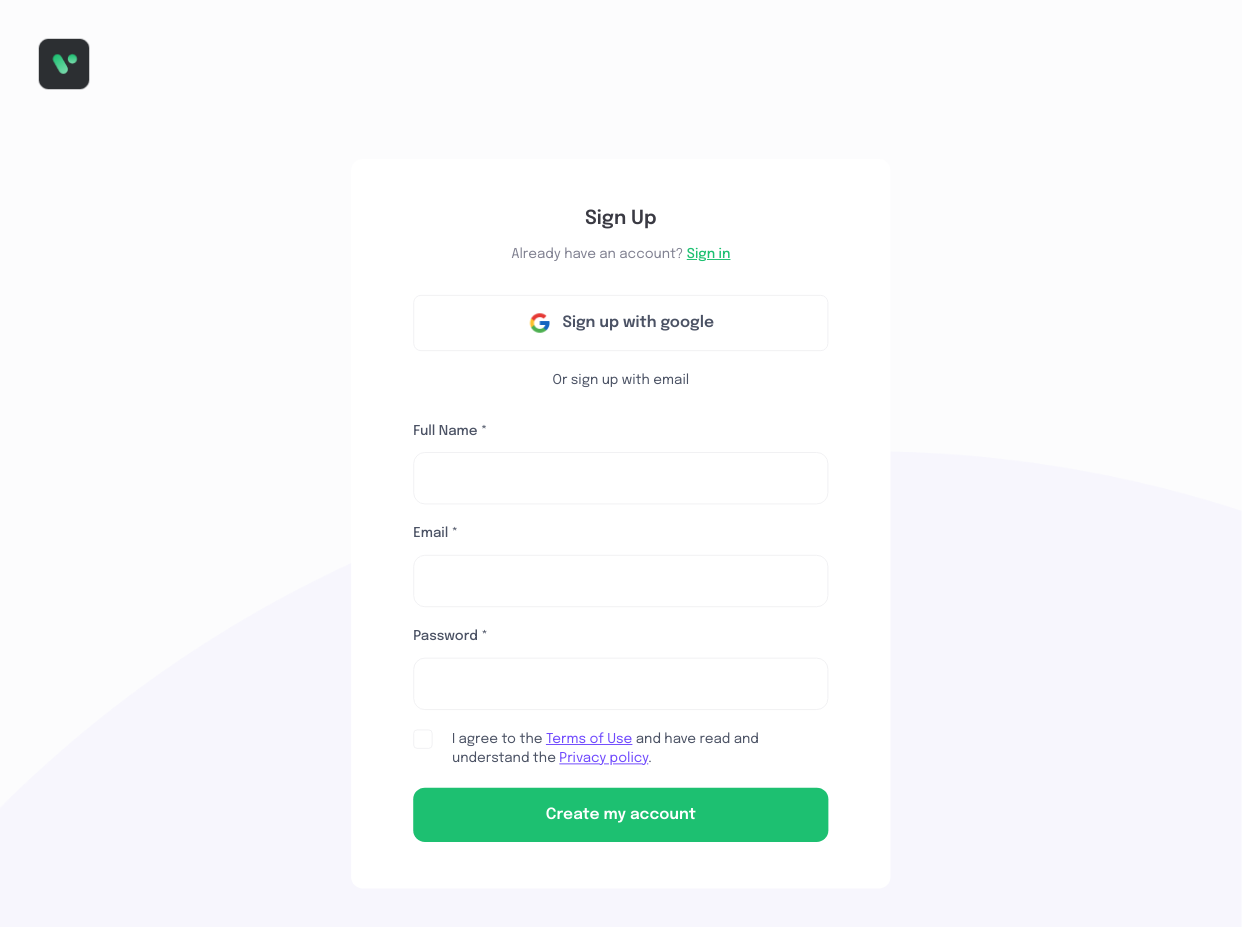
Repository: CarsonDev1/Crowfunding
Page: /sign-up
An editor plug-in stored every save of this project. The page is shown before and after a run of saves, followed by the edit.
The browser window is 1280 px wide. The pictures show the whole page, at 97% of full size.
The project was rebuilt for these pictures with package versions that can differ from the ones it lists, and the page was loaded fresh each time. Also part of the build but not shown: src/components/common/ErrorComponent.jsx, src/pages/SignIn.jsx.

Above is the page before, as saved 2023-04-08 10:51:05.

### public/index.html
<!DOCTYPE html>
<html lang="en">

<head>
  <meta charset="utf-8" />
  <link rel="icon" href="%PUBLIC_URL%/favicon.ico" />
  <meta name="viewport" content="width=device-width, initial-scale=1" />
  <meta name="theme-color" content="#000000" />
  <meta name="description" content="Web site created using create-react-app" />
  <link rel="apple-touch-icon" href="%PUBLIC_URL%/logo192.png" />
  <link rel="preconnect" href="https://fonts.googleapis.com">
  <link rel="preconnect" href="https://fonts.gstatic.com" crossorigin>
  <link
    href="https://fonts.googleapis.com/css2?family=Epilogue:ital,wght@0,300;0,400;0,500;0,600;0,700;0,800;0,900;1,300;1,400;1,500;1,600;1,700;1,800&family=Poppins:ital,wght@0,400;0,500;0,600;0,700;0,800;1,400;1,500;1,600;1,700&display=swap"
    rel="stylesheet">
  <!--
      manifest.json provides metadata used when your web app is installed on a
      user's mobile device or desktop. See https://developers.google.com/web/fundamentals/web-app-manifest/
    -->
  <link rel="manifest" href="%PUBLIC_URL%/manifest.json" />
  <!--
      Notice the use of %PUBLIC_URL% in the tags above.
      It will be replaced with the URL of the `public` folder during the build.
      Only files inside the `public` folder can be referenced from the HTML.

      Unlike "/favicon.ico" or "favicon.ico", "%PUBLIC_URL%/favicon.ico" will
      work correctly both with client-side routing and a non-root public URL.
      Learn how to configure a non-root public URL by running `npm run build`.
    -->
  <title>React App</title>
</head>

<body>
  <noscript>You need to enable JavaScript to run this app.</noscript>
  <div id="root"></div>
  <!--
      This HTML file is a template.
      If you open it directly in the browser, you will see an empty page.

      You can add webfonts, meta tags, or analytics to this file.
      The build step will place the bundled scripts into the <body> tag.

      To begin the development, run `npm start` or `yarn start`.
      To create a production bundle, use `npm run build` or `yarn build`.
    -->
</body>

</html>

### src/index.js
import React from "react";
import ReactDOM from "react-dom/client";
import "./index.scss";
import App from "./App";
import { BrowserRouter } from "react-router-dom";

const root = ReactDOM.createRoot(document.getElementById("root"));
root.render(
	<BrowserRouter>
		<App />
	</BrowserRouter>
);

### src/index.scss
@tailwind base;
@tailwind components;
@tailwind utilities;

@layer base {
	body {
		@apply font-primary text-base font-normal;
		line-height: 1.5;
	}
	input {
		@apply outline-none;
	}
}
input:focus + .error-input {
	display: none;
}

### src/App.js
import { lazy } from "react";
import { Route, Routes } from "react-router-dom";
import SignIn from "./pages/SignIn";

const SignUp = lazy(() => import("./pages/SignUp"));

function App() {
	return (
		<Routes>
			<Route path="/sign-up" element={<SignUp />}></Route>
			<Route path="/sign-in" element={<SignIn />}></Route>
		</Routes>
	);
}

export default App;

### src/pages/SignUp.jsx
import React, { useState } from "react";
import { useForm } from "react-hook-form";
import { Link } from "react-router-dom";
import { Input } from "components/input";
import { Label } from "components/label";
import LayoutAuthentication from "layouts/LayoutAuthentication";
import FormGroup from "components/common/FormGroup";
import { Button } from "components/button";
import { Checkbox } from "components/checkbox";
import { yupResolver } from "@hookform/resolvers/yup";
import * as yup from "yup";

const schema = yup.object({
	name: yup.string().required("This field is required"),
	email: yup.string().email("Invalid email address").required("This field is required"),
	password: yup.string().required("This field is required").min(8, "Password must be 8 character "),
});

function SignUp() {
	const {
		handleSubmit,
		control,
		formState: { errors },
	} = useForm({
		resolver: yupResolver(schema),
		mode: "onSubmit",
	});
	const handleSignUp = (values) => {
		console.log(values);
	};
	const [acceptTerm, setAcceptTerm] = useState(false);
	const handleToggleTerm = () => {
		setAcceptTerm(!acceptTerm);
	};
	console.log(errors);
	return (
		<LayoutAuthentication heading="Sign Up">
			<p className="mb-6 text-xs font-normal text-center lg:text-sm text-text3 lg:mb-8">
				Already have an account?{" "}
				<Link to="/sign-in" className="font-medium underline text-primary">
					Sign in
				</Link>
			</p>
			<button className="flex items-center justify-center w-full py-4 mb-5 text-base font-semibold border rounded-lg gap-x-3 border-strock text-text2">
				<img srcSet="/icon/Google.png 2x" alt="icon-google" />
				<span>Sign up with google</span>
			</button>
			<p className="mb-4 text-xs font-normal text-center lg:text-sm lg:mb-8 text-text2">Or sign up with email</p>
			<form onSubmit={handleSubmit(handleSignUp)}>
				<FormGroup>
					<Label htmlFor="name">Full Name *</Label>
					<Input placeholder="Carson" error={errors.name?.message} control={control} name="name" />
				</FormGroup>
				<FormGroup>
					<Label htmlFor="email">Email *</Label>
					<Input
						placeholder="example@gmail.com"
						error={errors.email?.message}
						type="email"
						control={control}
						name="email"
					/>
				</FormGroup>
				<FormGroup>
					<Label htmlFor="password">Password *</Label>
					<Input
						placeholder="Create a password"
						error={errors.password?.message}
						type="password"
						control={control}
						name="password"
					/>
				</FormGroup>
				<div className="flex items-start mb-5 gap-x-5">
					<Checkbox name="term" checked={acceptTerm} onClick={handleToggleTerm}>
						<p className="flex-1 text-sm text-text2">
							I agree to the <span className="underline text-secondary">Terms of Use</span> and have read
							and understand the <span className="underline text-secondary">Privacy policy</span>.
						</p>
					</Checkbox>
				</div>
				<Button className="w-full bg-primary" type="submit">
					Create my account
				</Button>
			</form>
		</LayoutAuthentication>
	);
}

export default SignUp;

### src/layouts/LayoutAuthentication.jsx
import React from "react";
import { Link } from "react-router-dom";
import PropTypes from "prop-types";
import { withErrorBoundary } from "react-error-boundary";
import ErrorComponent from "../components/common/ErrorComponent";

function LayoutAuthentication(props) {
	const { children, heading = "" } = props;
	return (
		<div className="relative w-full min-h-screen p-10 bg-lite isolate">
			<img
				src="/ellipse.png"
				alt="back-ground"
				className="absolute pointer-events-none bottom-0 left-0 right-0 z-[-1]"
			/>
			<Link to="/" className="inline-block mb-5 lg:mb-16">
				<img src="/Logo.png" alt="Logo" />
			</Link>
			<div className="w-full max-w-[556px] bg-white rounded-xl px-5 py-8 lg:px-16 lg:py-12 mx-auto">
				<h1 className="mb-1 text-lg font-semibold text-center lg:text-xl lg:mb-3 text-text1">{heading}</h1>
				{children}
			</div>
		</div>
	);
}
LayoutAuthentication.propTypes = {
	heading: PropTypes.string,
	children: PropTypes.node,
};

export default withErrorBoundary(LayoutAuthentication, {
	FallbackComponent: ErrorComponent,
});

### src/components/common/FormGroup.jsx
import React from "react";

function FormGroup({ children }) {
	return <div className="flex flex-col mb-5 gap-y-3">{children}</div>;
}

export default FormGroup;

### src/components/button/index.js
export const { default: Button } = require("./Button");

### src/components/checkbox/index.js
export const { default: Checkbox } = require("./Checkbox");

### src/components/input/Input.jsx
import React from "react";
import { useController } from "react-hook-form";
import PropTypes from "prop-types";

function Input(props) {
	const { control, name, type = "text", error = "", placeholder = "", ...rest } = props;
	const { field } = useController({
		control,
		name,
		defaultValue: "",
	});
	return (
		<div className="relative">
			<input
				id={name}
				type={type}
				className={`w-full px-6 py-4 text-sm font-medium border rounded-xl text-text1 placeholder:text-text4 ${
					error.length > 0 ? "border-error" : "border-strock"
				}`}
				placeholder={error.length < 0 ? placeholder.placeholder : ""}
				{...rest}
				{...field}
			/>
			{error.length > 0 && (
				<span className="absolute text-sm font-medium pointer-events-none -translate-y-2/4 text-error top-2/4 left-6 error-input">
					{error}
				</span>
			)}
		</div>
	);
}
Input.propTypes = {
	name: PropTypes.string,
	type: PropTypes.string,
	error: PropTypes.string,
	control: PropTypes.any.isRequired,
};
export default Input;

### src/components/label/Label.jsx
import React from "react";
import PropTypes from "prop-types";

function Label(props) {
	const { children, htmlFor = "", className = "" } = props;
	return (
		<label htmlFor={htmlFor} className={`inline-block text-sm font-medium cursor-pointer text-text2 ${className}`}>
			{children}
		</label>
	);
}
Label.propTypes = {
	children: PropTypes.node,
	htmlFor: PropTypes.string,
	className: PropTypes.string,
};
export default Label;

### src/components/button/Button.jsx
import React from "react";
import PropTypes from "prop-types";

function Button({ type = "button", children, className = "", isLoading = false, ...rest }) {
	const child = !!isLoading ? (
		<div className="w-10 h-10 border-4 border-white rounded-full border-t-transparent animate-spin border-b-transparent"></div>
	) : (
		children
	);
	return (
		<button
			className={`flex items-center justify-center p-4 text-base font-semibold rounded-xl min-h-[56px] text-white ${
				isLoading ? "opacity-50 pointer-events-none" : ""
			} ${className}`}
			type={type}
			{...rest}
		>
			{child}
		</button>
	);
}
Button.propTypes = {
	type: PropTypes.string.isRequired,
	className: PropTypes.string,
	children: PropTypes.node,
	isLoading: PropTypes.bool,
};
export default Button;

### src/components/checkbox/Checkbox.jsx
import React from "react";

function Checkbox({ checked = false, onClick = () => {}, name = "", children }) {
	return (
		<div className="flex items-start gap-x-5">
			<div
				className={`inline-flex items-center justify-center p-1 text-white w-5 h-5 border rounded cursor-pointer ${
					checked ? "bg-primary border-primary" : "border-strock"
				}`}
				onClick={onClick}
			>
				<input type="checkbox" className="hidden" onChange={() => {}} name={name} />
				<span>
					<svg
						xmlns="http://www.w3.org/2000/svg"
						fill="none"
						viewBox="0 0 24 24"
						strokeWidth="1.5"
						stroke="currentColor"
						className="w-5 h-5"
					>
						<path strokeLinecap="round" strokeLinejoin="round" d="M4.5 12.75l6 6 9-13.5" />
					</svg>
				</span>
			</div>
			{children && (
				<div onClick={onClick} className="cursor-pointer">
					{children}
				</div>
			)}
		</div>
	);
}

export default Checkbox;

### tailwind.config.js
/** @type {import('tailwindcss').Config} */
module.exports = {
	darkMode: "class",
	content: ["./src/**/*.{js,jsx,ts,tsx}"],
	theme: {
		extend: {
			fontFamily: {
				primary: ["Epilogue", "san-serif"],
			},
			colors: {
				primary: "#1DC071",
				secondary: "#6F49FD",
				text1: "#3A3A43",
				text2: "#4B5264",
				text3: "#808191",
				text4: "#B2B3BD",
				"icon-color": "#A2A2A8",
				white: "#FFFFFF",
				whiteSoft: "#FCFBFF",
				graySoft: "#FCFCFC",
				strock: "#F1F1F3",
				lite: "#FCFCFD",
				error: "#EB5757",
				darkbg: "#13131A",
				darkSecondary: "#1C1C24",
				softDark: "#22222C",
				darkSoft: "#24242C",
				darkStroke: "#3A3A43",
				darkRed: "#422C32",
			},
		},
	},
	plugins: [],
};

### src/components/icons/index.js
export const { default: IconEyeToggle } = require("./IconEyeToggle");

### src/components/icons/IconEyeToggle.jsx
import React from "react";

function IconEyeToggle({ open = false }) {
	if (open)
		return (
			<span>
				<svg width="24" height="24" viewBox="0 0 24 24" fill="none" xmlns="http://www.w3.org/2000/svg">
					<path
						d="M3 12C3 12 6.27273 5 12 5C17.7273 5 21 12 21 12C21 12 17.7273 19 12 19C6.27273 19 3 12 3 12Z"
						stroke="#A2A2A8"
						strokeWidth="2"
						strokeLinecap="round"
						strokeLinejoin="round"
					/>
					<path
						d="M12 14C13.1046 14 14 13.1046 14 12C14 10.8954 13.1046 10 12 10C10.8954 10 10 10.8954 10 12C10 13.1046 10.8954 14 12 14Z"
						stroke="#A2A2A8"
						strokeWidth="2"
						strokeLinecap="round"
						strokeLinejoin="round"
					/>
				</svg>
			</span>
		);
	return (
		<span>
			<svg width="24" height="24" viewBox="0 0 24 24" fill="none" xmlns="http://www.w3.org/2000/svg">
				<path
					d="M13.7345 13.855C13.5098 14.1129 13.2388 14.3198 12.9378 14.4632C12.6367 14.6067 12.3116 14.6839 11.9821 14.6901C11.6525 14.6963 11.3251 14.6315 11.0195 14.4994C10.7139 14.3674 10.4362 14.1709 10.2031 13.9216C9.97007 13.6724 9.78632 13.3755 9.66287 13.0486C9.53942 12.7217 9.47879 12.3716 9.48461 12.0192C9.49042 11.6667 9.56256 11.3191 9.69672 10.9971C9.83087 10.6751 10.0243 10.3853 10.2655 10.145M16.86 17.1975C15.4614 18.3376 13.7584 18.9693 12 19C6.27273 19 3 12 3 12C4.01773 9.97167 5.42929 8.19955 7.14 6.80252L16.86 17.1975ZM10.2818 5.21002C10.845 5.06904 11.4216 4.99857 12 5.00002C17.7273 5.00002 21 12 21 12C20.5033 12.9937 19.911 13.9292 19.2327 14.7913L10.2818 5.21002Z"
					stroke="#A2A2A8"
					strokeWidth="2"
					strokeLinecap="round"
					strokeLinejoin="round"
				/>
				<path d="M3 2.5L21 21" stroke="#A2A2A8" strokeWidth="2" strokeLinecap="round" strokeLinejoin="round" />
			</svg>
		</span>
	);
}

export default IconEyeToggle;

Loaded but not shown: src/components/input/index.js (common file); src/components/label/index.js (common file)

After the next 2 saves:
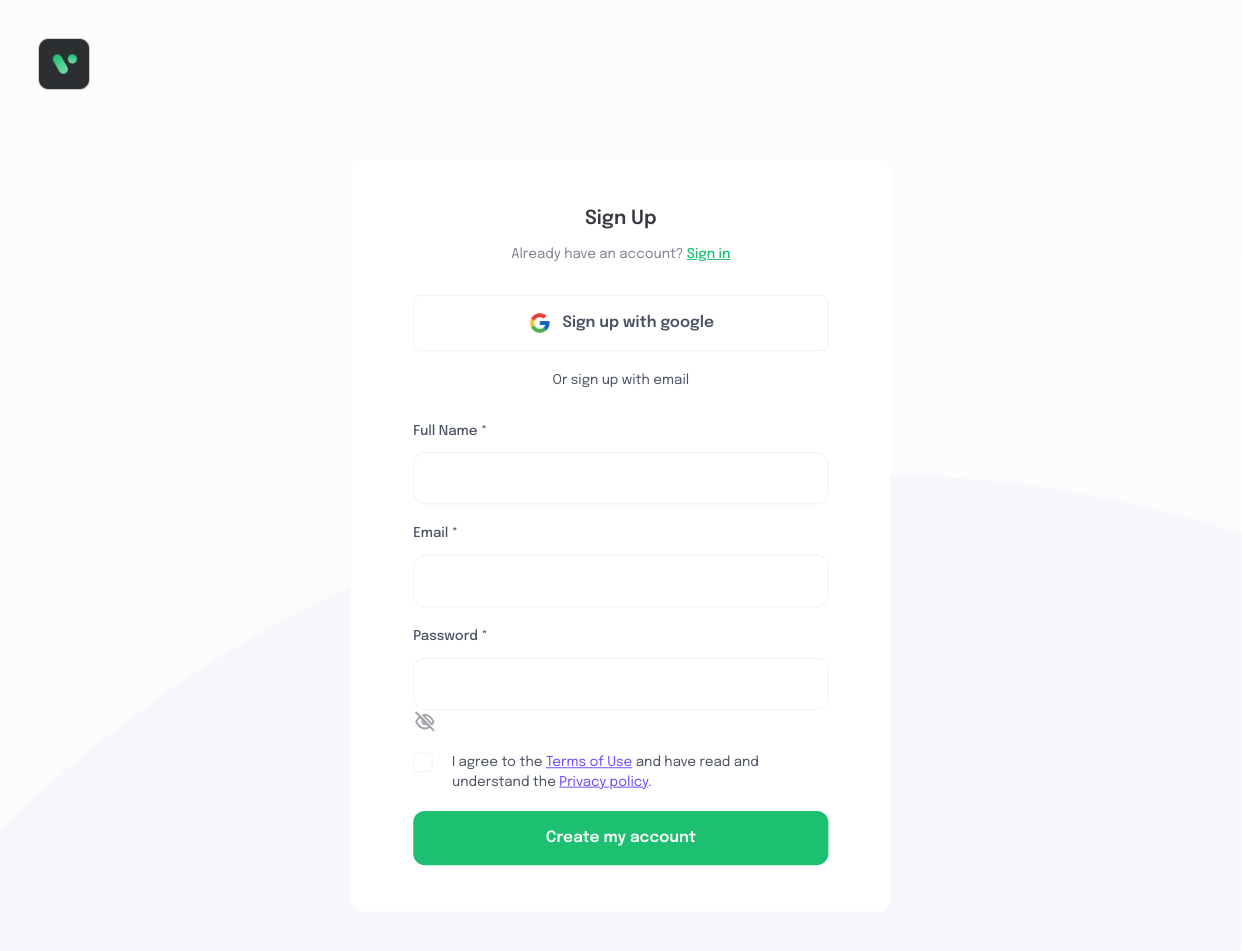
The 2 saves are shown as one change because 1 did not build or start.
The last was saved 115 s later.
--- a/src/pages/SignUp.jsx
+++ b/src/pages/SignUp.jsx
@@ -9,6 +9,7 @@ import { Button } from "components/button";
 import { Checkbox } from "components/checkbox";
 import { yupResolver } from "@hookform/resolvers/yup";
 import * as yup from "yup";
+import { IconEyeToggle } from "components/icons";
 
 const schema = yup.object({
 	name: yup.string().required("This field is required"),
@@ -69,7 +70,9 @@ function SignUp() {
 						type="password"
 						control={control}
 						name="password"
-					/>
+					>
+						<IconEyeToggle />
+					</Input>
 				</FormGroup>
 				<div className="flex items-start mb-5 gap-x-5">
 					<Checkbox name="term" checked={acceptTerm} onClick={handleToggleTerm}>
--- a/src/components/input/Input.jsx
+++ b/src/components/input/Input.jsx
@@ -3,7 +3,7 @@
 import PropTypes from "prop-types";
 
 function Input(props) {
-	const { control, name, type = "text", error = "", placeholder = "", ...rest } = props;
+	const { control, name, type = "text", error = "", placeholder = "", children, ...rest } = props;
 	const { field } = useController({
 		control,
 		name,
@@ -26,6 +26,7 @@
 					{error}
 				</span>
 			)}
+			{children}
 		</div>
 	);
 }

After the save that followed:
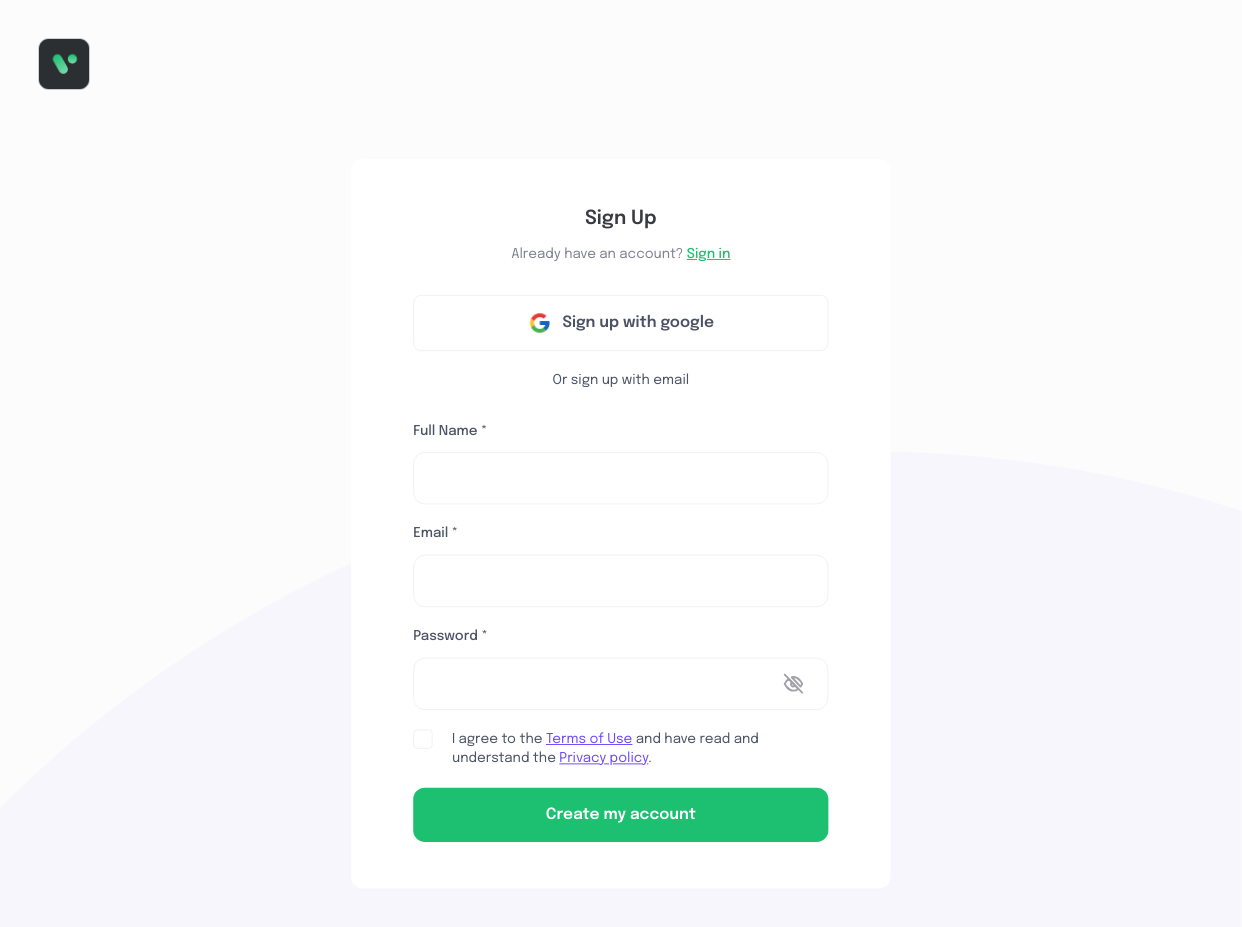
Saved 97 s later.
--- a/src/components/input/Input.jsx
+++ b/src/components/input/Input.jsx
@@ -26,7 +26,7 @@
 					{error}
 				</span>
 			)}
-			{children}
+			<div className="absolute right-6 -translate-y-2/4 top-2/4">{children}</div>
 		</div>
 	);
 }
